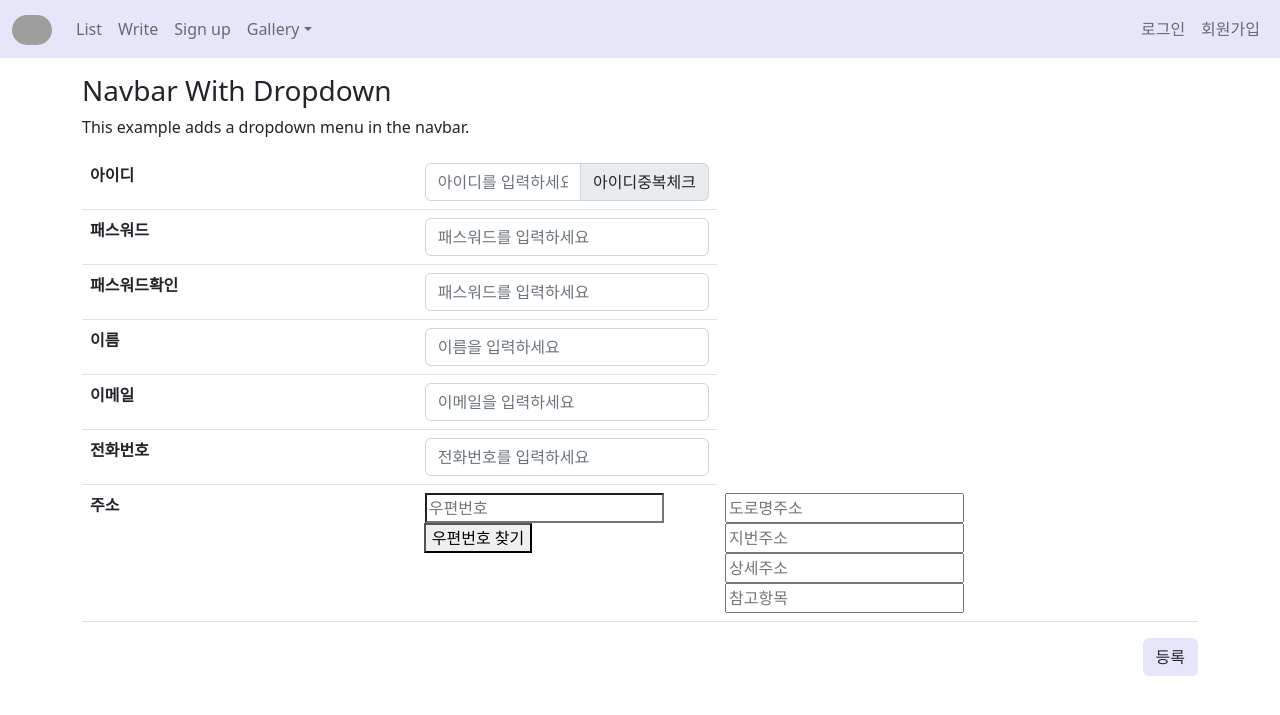
Repository: kwakhimoly/ws_backup
Page: http://localhost/myapp3/WEB-INF/views/member/member_write.jsp
The author's editor kept a copy of each file at every save. The page is drawn from the files as they stood at one save, then again after the next save.
The browser window is 1280 px wide. The pictures show the whole page.
Pictures or frames that could not be fetched are drawn as grey boxes. The page is served by Tomcat 9. Nobody is signed in. The template is opened directly, without the code that normally fills it, so the values that code supplies are empty.

Above is the page before, as saved 2023-02-13 06:15:43.

After the next save:
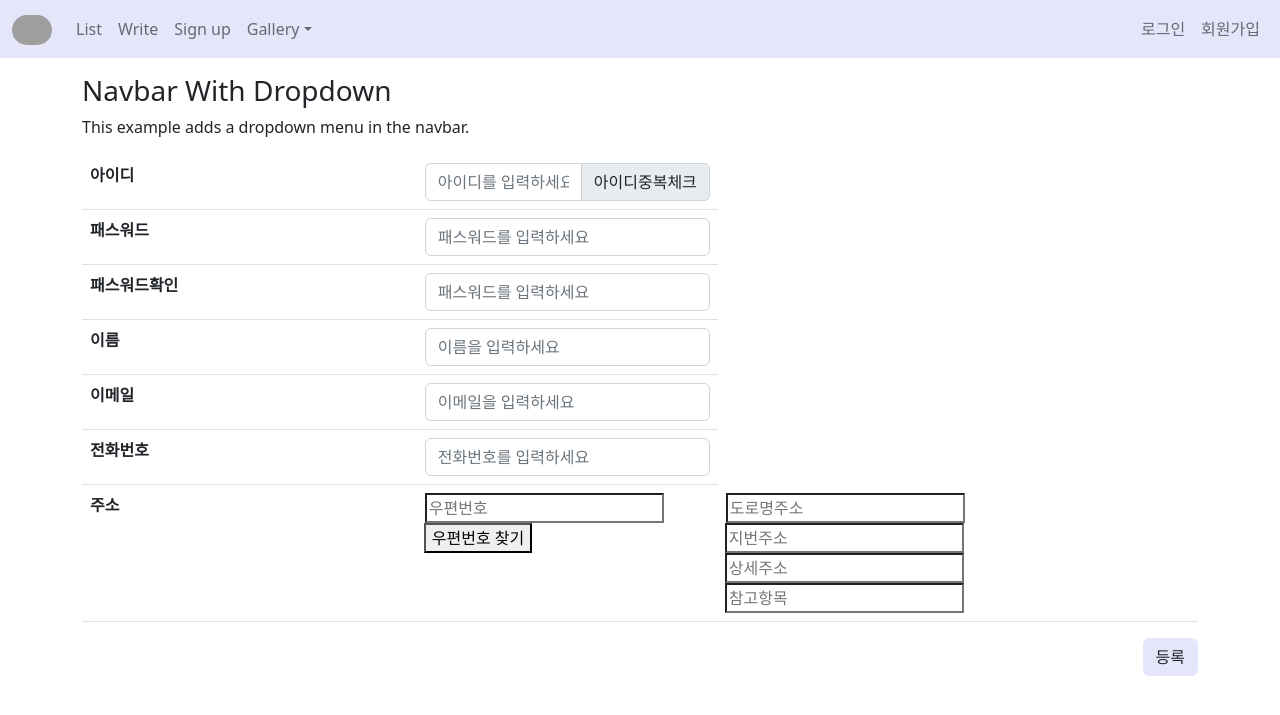
Saved 10 s later.
--- a/spws/myapp3/src/main/webapp/WEB-INF/views/member/member_write.jsp
+++ b/spws/myapp3/src/main/webapp/WEB-INF/views/member/member_write.jsp
@@ -95,15 +95,15 @@
 						<input type="button" onclick="sample4_execDaumPostcode()" value="우편번호 찾기"><br>
 					</div>
 						</td>
+						<td>
 					<div class="input-group">
-						<td>
 						<input type="text" id="sample4_roadAddress" placeholder="도로명주소">
 						<input type="text" id="sample4_jibunAddress" placeholder="지번주소">
 						<span id="guide" style="color:#999;display:none"></span>
 						<input type="text" id="sample4_detailAddress" placeholder="상세주소">
 						<input type="text" id="sample4_extraAddress" placeholder="참고항목">
-						</td>
 					</div>
+						</td>
 					</tr>
 				</tbody>
 			</table>
